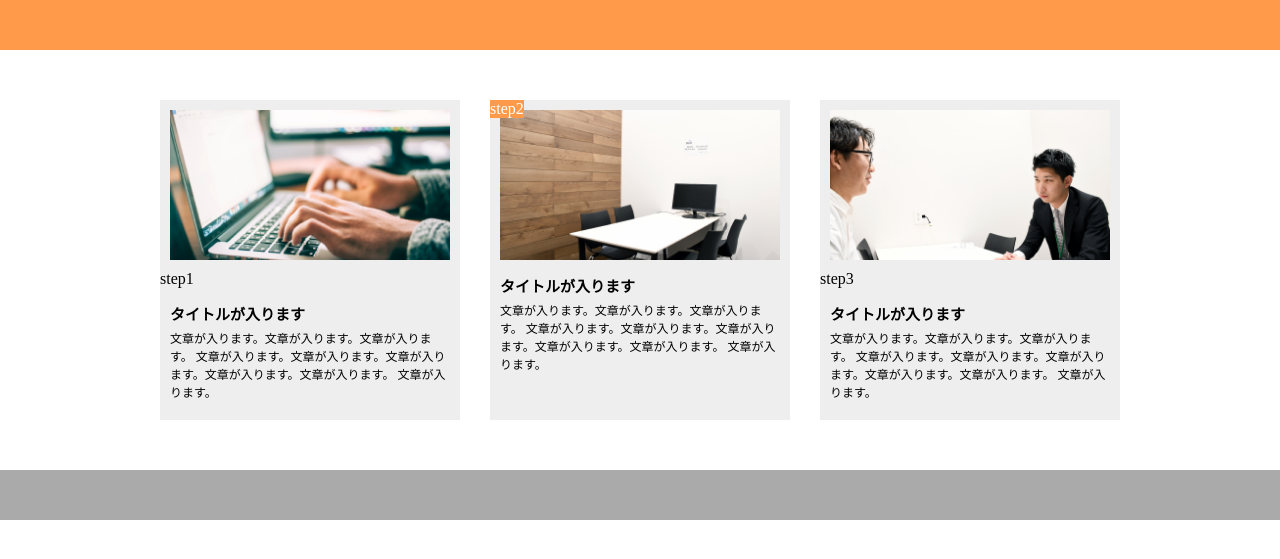
Repository: chihuyu3369/curriculum
Page: chapter9/index.html
The author's editor kept a record of every edit. The page is drawn from the files as they stood at one moment, then again after the next edit.
The browser window is 1280 px wide. The pictures show the whole page.

Above is the page before.

### chapter9/index.html
<!DOCTYPE html>
<html lang="ja">
  <head>
    <meta charset="UTF-8" />
    <!-- CSSファイルの読み込み -->
    <link rel="stylesheet" href="style.css" />
    <title>chapter9</title>
  </head>

  <body>
    <header>
     <div class="header"></div>
    </header>

  <main>
    <div class="main-visual">
      <div class="main-visual-img"></div>
      <span class="step">step1</span>
      <h3 class="title">タイトルが入ります</h3>
      <p class="text">文章が入ります。文章が入ります。文章が入りま<br>す。
      文章が入ります。文章が入ります。文章が入り<br>ます。文章が入ります。文章が入ります。
      文章が入<br>ります。</p>


    </div>


    <div class="main-visual2">
      <div class="main-visual-img2"></div>
      <span class="step-n">step2</span>
      <h3 class="title">タイトルが入ります</h3>
      <p class="text">文章が入ります。文章が入ります。文章が入りま<br>す。
      文章が入ります。文章が入ります。文章が入り<br>ます。文章が入ります。文章が入ります。
      文章が入<br>ります。</p>



    </div>


    <div class="main-visual3">
      <div class="main-visual-img3"></div>
      <span class="step">step3</span>
      <h3 class="title">タイトルが入ります</h3>
      <p class="text">文章が入ります。文章が入ります。文章が入りま<br>す。
      文章が入ります。文章が入ります。文章が入り<br>ます。文章が入ります。文章が入ります。
      文章が入<br>ります。</p>




    </div>

  </main>
  <footer>
    <div class="footer"></div>
  </footer>
  </body>
  </html>

### chapter9/style.css
* {
  margin: 0;
  padding: 0;
  box-sizing: border-box;
}

.header {
  width; 100%;
  height: 50px;
  background-color: #FF9A4B;
}

main {
  width: 960px;
  margin: 50px auto;
  display: flex;
}


.main-visual {
  width: 300px;
  height: 320px;
  position: relative;
  background-color: #EEEEEE;
}

.main-visual2 {
  width: 300px;
  height: 320px;
  margin-left: 30px;
   position: relative;
  background-color: #EEEEEE;
}


.main-visual3 {
  width: 300px;
  height: 320px;
  margin-left: 30px;
   position: relative;
  background-color: #EEEEEE;
}



.main-visual-img {
  width: 280px;
  height: 150px;
  margin: 10px;
  background-image: url(img/flow01.png);
  background-size: cover;
  background-position: center;
}

.main-visual-img2 {
  width: 280px;
  height: 150px;
  margin: 10px;
  background-image: url(img/flow02.png);
  background-size: cover;
  background-position: center;
}

.main-visual-img3 {
  width: 280px;
  height: 150px;
  margin: 10px;
  background-image: url(img/flow03.png);
  background-size: cover;
  background-position: center;
}

.step-n {
  position: absolute;
  top: 0;
  left: 0;
  background-color: #FF9A4B;
  color: #fff;
}

.title {
  margin-left: 10px;
  margin-top: 15px;
  font-size: 15px;
}

.text {
  margin-top: 5px;
  margin-left: 10px;
  font-size: 12px;
}


.footer {
  width; 1100px;
  height: 50px;
  background-color: #AAAAAA;
}

After the next edit:
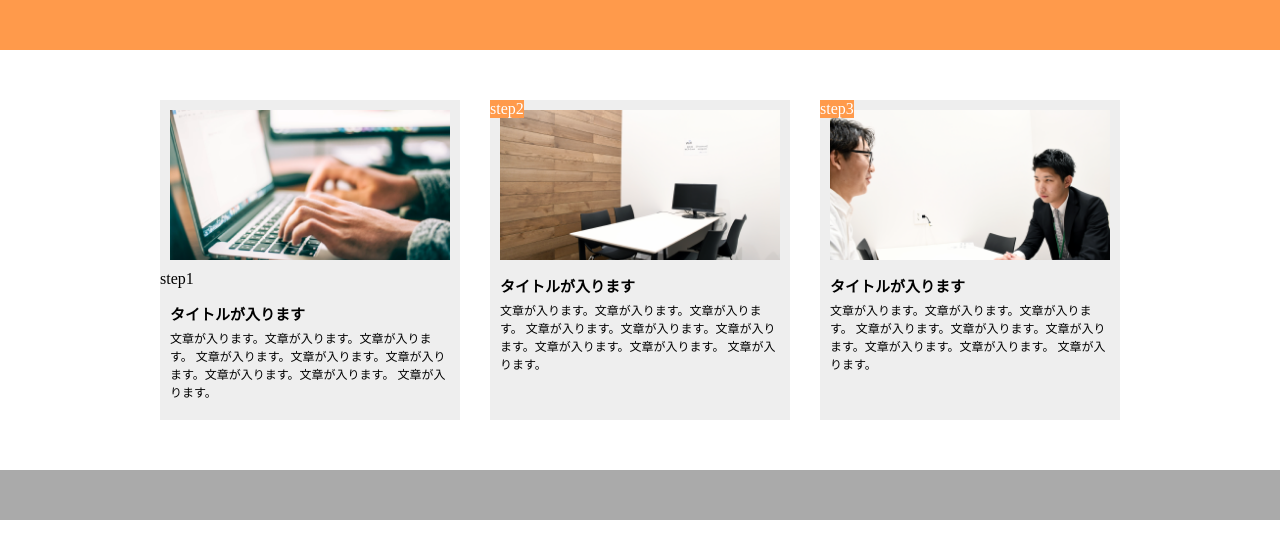
The edit:
--- a/chapter9/index.html
+++ b/chapter9/index.html
@@ -40,7 +40,7 @@
 
     <div class="main-visual3">
       <div class="main-visual-img3"></div>
-      <span class="step">step3</span>
+      <span class="step-n">step3</span>
       <h3 class="title">タイトルが入ります</h3>
       <p class="text">文章が入ります。文章が入ります。文章が入りま<br>す。
       文章が入ります。文章が入ります。文章が入り<br>ます。文章が入ります。文章が入ります。
